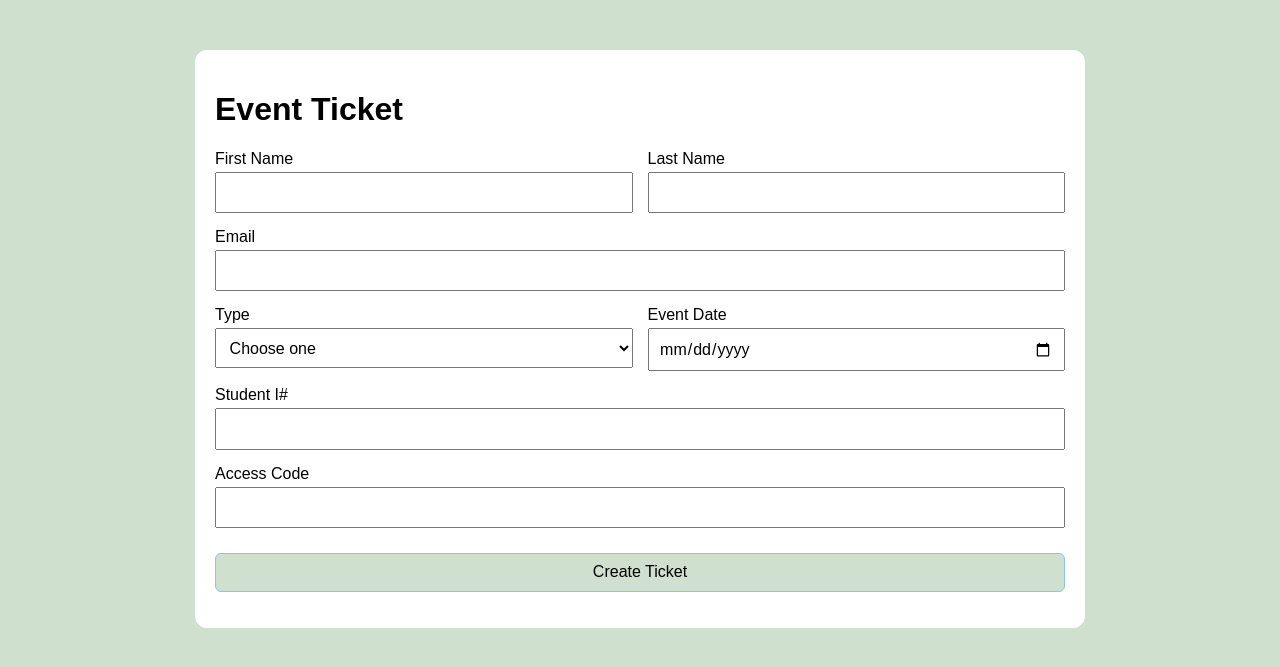
Repository: auqs/wdd131
Page: eventform/index.html
An editor plug-in stored every save of this project. The page is shown before and after the next save, followed by the edit.
The browser window is 1280 px wide. The pictures show the whole page.

Above is the page before, as saved 2026-06-06 23:40:20.
Not found: eventform/script.js

After the next save:
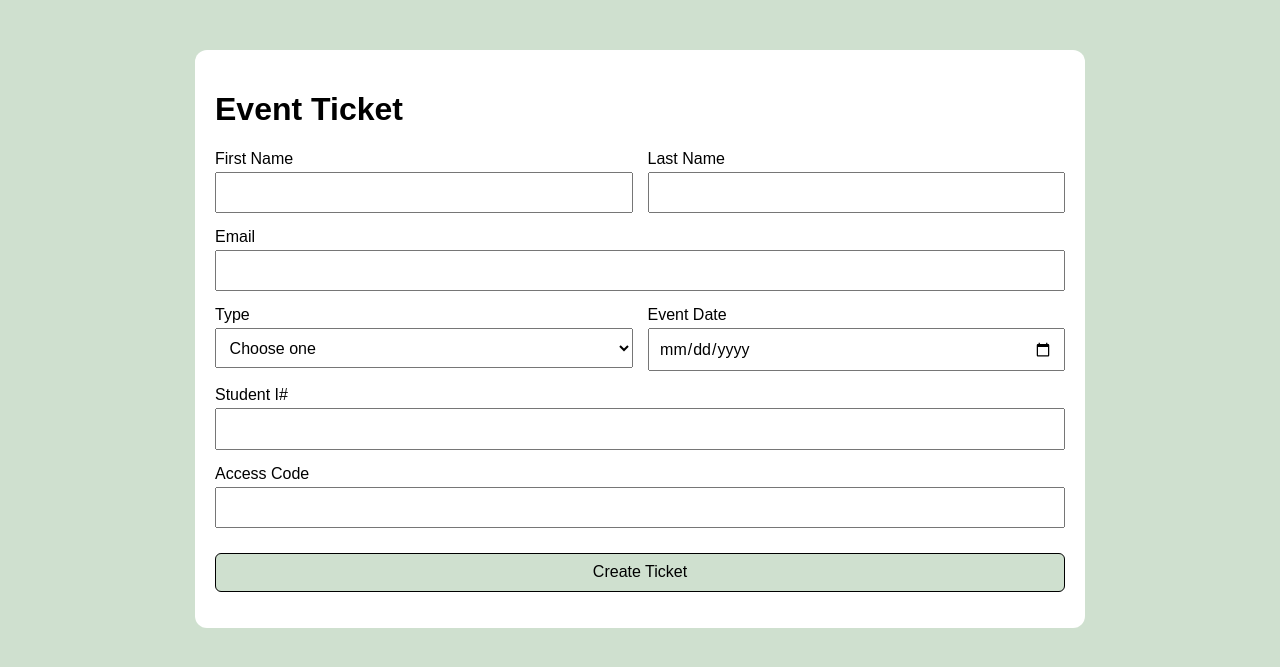
Saved 18 s later.
--- a/eventform/styles.css
+++ b/eventform/styles.css
@@ -37,7 +37,7 @@ button {
 
 button {
   background: #cfe0cf;
-  border: 1px solid #8ec2ec;
+  border: 1px solid black;
   border-radius: 6px;
   cursor: pointer;
   margin-top: 10px;
